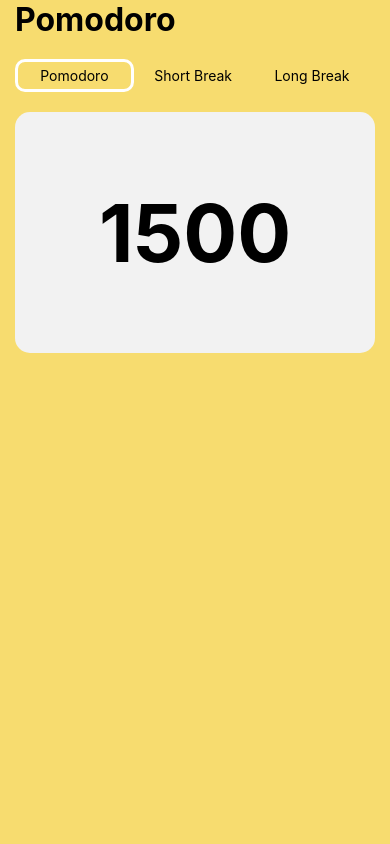
Repository: rchavarria77/pomodoro-app
Screen: /
These files come from the project's save history. The screen is drawn as it stood at one moment and after the next save; the edit follows.
The app was drawn by React Native's web renderer in a window 390 px wide. The project was rebuilt for these pictures with package versions that can differ from the ones it lists, and the page was loaded fresh each time.

Above is the screen before, as saved 2024-02-01 01:00:56.

After the next save:
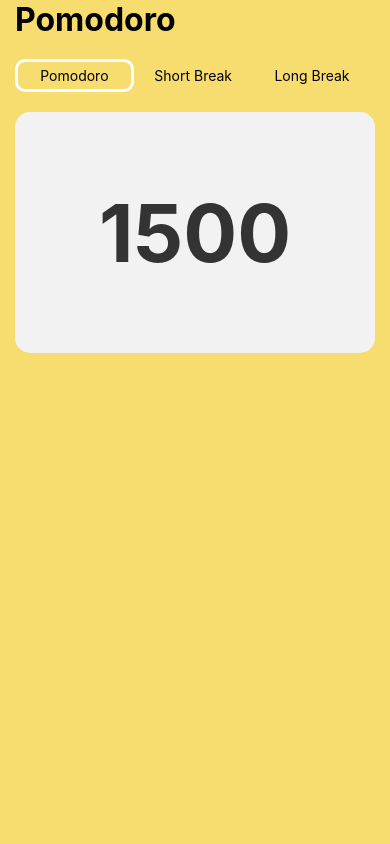
Saved 22 s later.
--- a/src/components/Timer.jsx
+++ b/src/components/Timer.jsx
@@ -20,5 +20,6 @@ const styles = StyleSheet.create({
     fontSize: 80,
     fontWeight: 'bold',
     textAlign: 'center',
+    color: '#333333',
   },
 });
